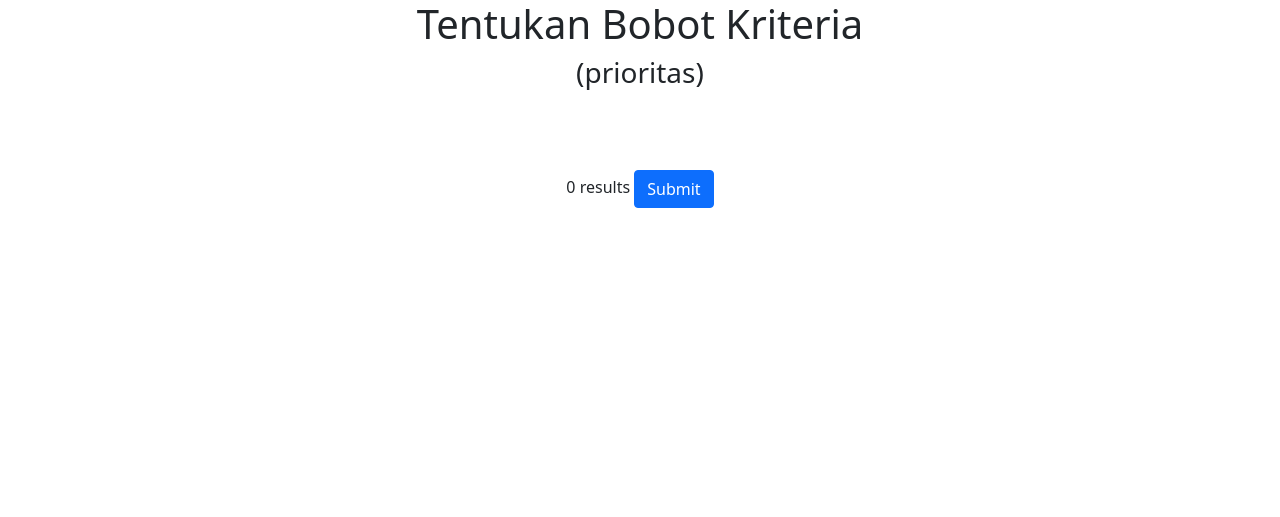
Repository: aqordeon/SPKWP
Page: http://localhost/hitungKriteria.php
These files come from the project's save history. The page is drawn as it stood at one moment and after the next save; the edit follows.
The browser window is 1280 px wide. The pictures show the whole page.
The page is run by PHP 8.4 with error messages shown; the project is at /var/www/html/. Queries for data that is not in the repository find no rows.

Above is the page before, as saved 2021-01-01 22:35:52.

After the next save:
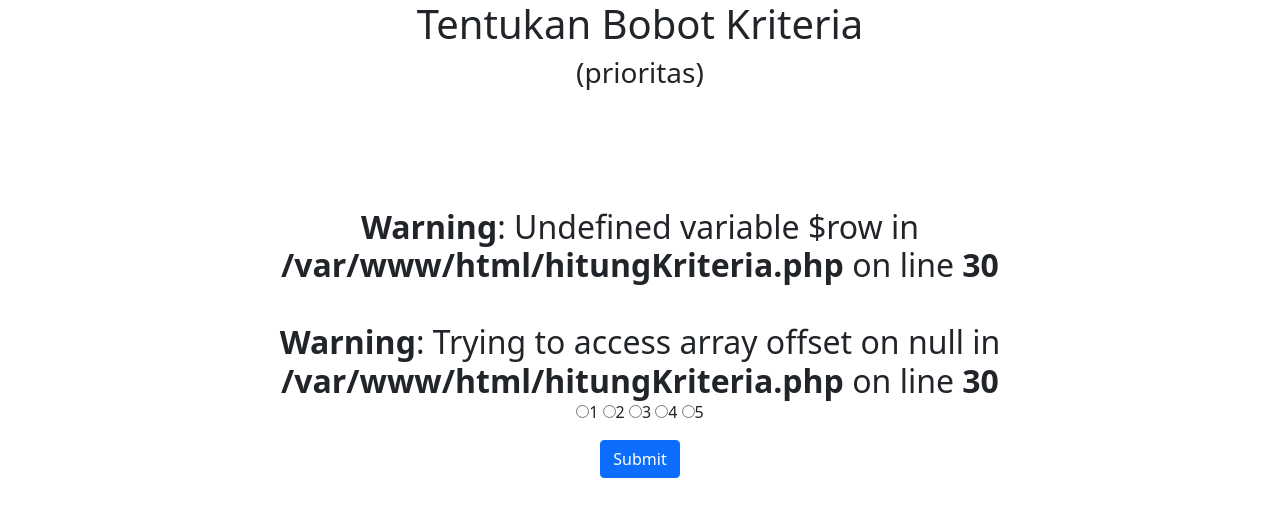
Saved 5 min 52 s later.
--- a/hitungKriteria.php
+++ b/hitungKriteria.php
@@ -24,35 +24,28 @@
 
                 $tabelkriteria = mysqli_query($con, "SELECT * FROM tb_kriteria");
                 $baristabelkriteria = mysqli_num_rows($tabelkriteria);
+            ?>
 
-                if ($baristabelkriteria > 0) {
-                    while($row = mysqli_fetch_assoc($tabelkriteria)) { ?>
-                        <div class="container">
-                            <h2 style="display: inline;"><?php echo $row["nama_kriteria"]; ?></h2>
-                            <form method="post" action="" enctype='multipart/form-data'>
-                                <label class="radio-inline">
-                                    <input type="radio" name="<?php echo "optradio" . $row["id"]; ?>" value="1">1 <!-- name = optradio1 / optradio2 -->
-                                </label>
-                                <label class="radio-inline">
-                                    <input type="radio" name="<?php echo "optradio" . $row["id"]; ?>" value="2">2
-                                </label>
-                                <label class="radio-inline">
-                                    <input type="radio" name="<?php echo "optradio" . $row["id"]; ?>" value="3">3
-                                </label>
-                                <label class="radio-inline">
-                                    <input type="radio" name="<?php echo "optradio" . $row["id"]; ?>" value="4">4
-                                </label>
-                                <label class="radio-inline">
-                                    <input type="radio" name="<?php echo "optradio" . $row["id"]; ?>" value="5">5
-                                </label>
-                            </form>
-                        </div>
-                   <?php }
-                } else {
-                    echo "0 results";
-                }
-
-            ?>
+            <div class="container">
+                <h2 style="display: inline;"><?php echo $row["nama_kriteria"]; ?></h2>
+                <form method="post" action="" enctype='multipart/form-data'>
+                    <label class="radio-inline">
+                        <input type="radio" name="<?php echo "optradio" . $row["id"]; ?>" value="1">1 <!-- name = optradio1 / optradio2 -->
+                    </label>
+                    <label class="radio-inline">
+                        <input type="radio" name="<?php echo "optradio" . $row["id"]; ?>" value="2">2
+                    </label>
+                    <label class="radio-inline">
+                        <input type="radio" name="<?php echo "optradio" . $row["id"]; ?>" value="3">3
+                    </label>
+                    <label class="radio-inline">
+                        <input type="radio" name="<?php echo "optradio" . $row["id"]; ?>" value="4">4
+                    </label>
+                    <label class="radio-inline">
+                        <input type="radio" name="<?php echo "optradio" . $row["id"]; ?>" value="5">5
+                    </label>
+                </form>
+            </div>
         <a href="hitung_vektor.php" class="btn btn-primary" name='kriteria_submit'>Submit</a>   <!-- mengarah ke hitung_vektor.php -->
 
     </center>
